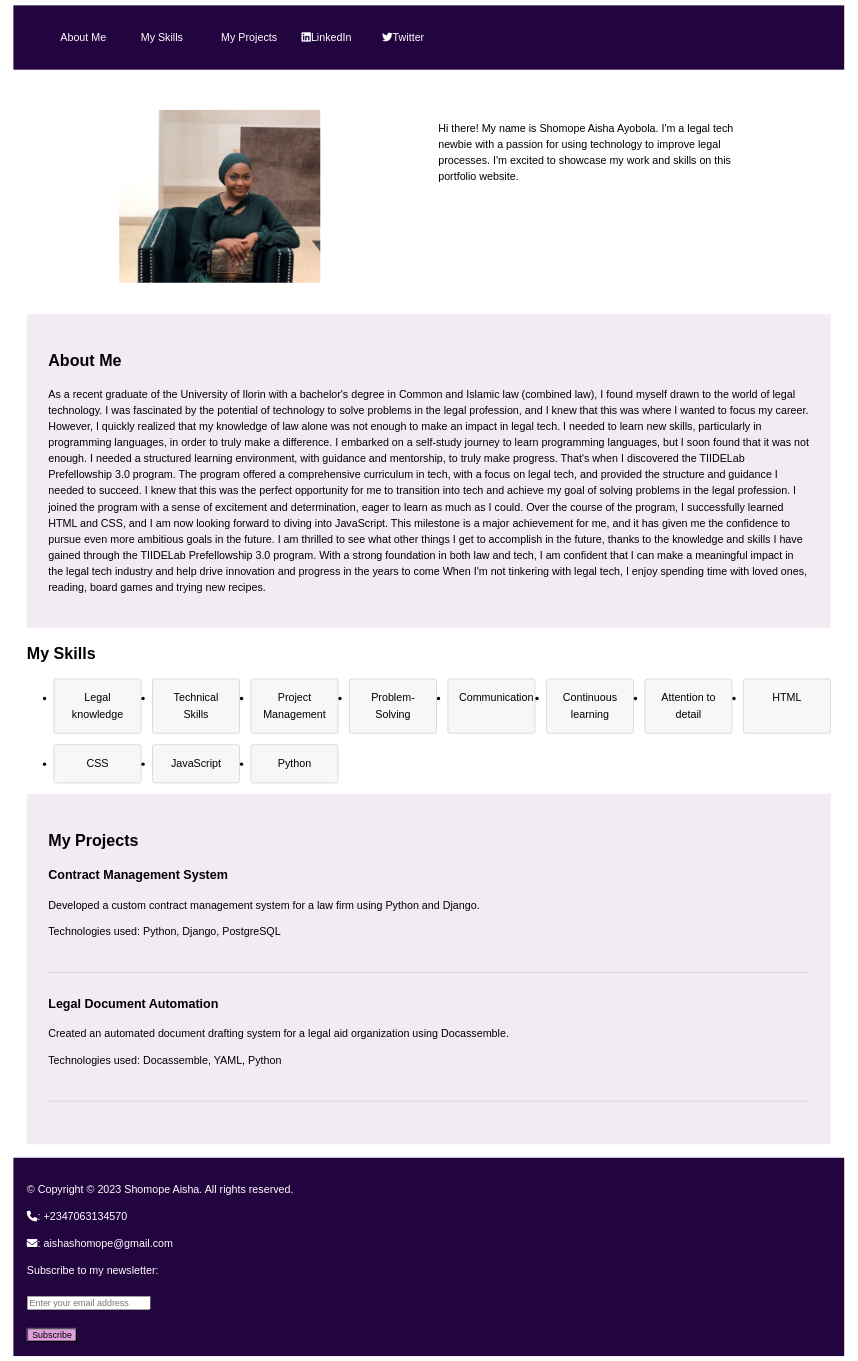
Repository: Iyewande/AishasPortfolio
Page: Index.html
These files come from the project's save history. The page is drawn as it stood at one moment and after the next save; the edit follows.
The browser window is 1280 px wide. The pictures show the whole page, at 67% of full size.
Some web libraries are served in a nearby version.

Above is the page before, as saved 2023-05-04 21:32:17.

### Index.html
<!DOCTYPE html>
<html lang="en">
    <head>
        <meta charset="UTF-8">
        <meta http-equiv="X-UA-Compatible" content="IE=edge">
        <meta name="viewport" content="width=device-width, initial-scale=1.0">
        <title>My Legal Tech Portfolio</title>
        <link rel="stylesheet" href="Style.css">
        <script src="https://kit.fontawesome.com/dcc74d8766.js" crossorigin="anonymous"></script>
    </head>
    <body>
        <div class="main-container">
        <!-- This HTML code creates a simple portfolio website with three main sections: About Me, My Projects, and My Skills.
            The navigation menu allows visitors to easily navigate between the sections of the website. The CSS styling for
            this website is located in a separate style.css file. -->
        <header id="header">
            <div>

            </div>
            <nav>
                <ul>
                    <li><a href="#about">About Me</a></li>
                    <li><a href="#skills">My Skills</a></li>
                    <li><a href="#projects">My Projects</a></li>
                    <li><a href="https://www.linkedin.com/in/shomope-aisha-ayobola/"><i class="fa-brands fa-linkedin"></i>LinkedIn</a></li>
                    <li><a href="https://twitter.com/ShomopeAisha"><i class="fa-brands fa-twitter"></i>Twitter</a></li>
                  </ul>
            </nav>
        </header>
        <main>
            <section id="landingPage">
                <div id="image">
                    <img id="img" src="E17CF07F-F5B1-4C94-9C3E-8D25C5FEC29B.jpg" alt="A picture of me">
                </div>
                <div id="heading">
                    <p>Hi there! My name is Shomope Aisha Ayobola.  I'm a legal tech newbie with a passion for using technology to improve legal processes. I'm excited to
                        showcase my work and skills on this portfolio website.
                    </p>
                </div>

            </section>
            <section  id="about">
                <h2>About Me</h2>
                    <p>
                        As a recent graduate of the University of Ilorin with a bachelor's degree in Common and Islamic law (combined law), I found myself drawn to the world of legal technology. I was fascinated by the potential of technology to solve problems in the legal profession, and I knew that this was where I wanted to focus my career.
                        However, I quickly realized that my knowledge of law alone was not enough to make an impact in legal tech. I needed to learn new skills, particularly in programming languages, in order to truly make a difference. I embarked on a self-study journey to learn programming languages, but I soon found that it was not enough. I needed a structured learning environment, with guidance and mentorship, to truly make progress.
                        That's when I discovered the TIIDELab Prefellowship 3.0 program. The program offered a comprehensive curriculum in tech, with a focus on legal tech, and provided the structure and guidance I needed to succeed. I knew that this was the perfect opportunity for me to transition into tech and achieve my goal of solving problems in the legal profession.
                        I joined the program with a sense of excitement and determination, eager to learn as much as I could. Over the course of the program, I successfully learned HTML and CSS, and I am now looking forward to diving into JavaScript. This milestone is a major achievement for me, and it has given me the confidence to pursue even more ambitious goals in the future.
                        I am thrilled to see what other things I get to accomplish in the future, thanks to the knowledge and skills I have gained through the TIIDELab Prefellowship 3.0 program. With a strong foundation in both law and tech, I am confident that I can make a meaningful impact in the legal tech industry and help drive innovation and progress in the years to come
                        When I'm not tinkering with legal tech, I enjoy spending time with loved ones, reading, board games and trying new recipes.
                    </p>
            </section>
              <section id="skills">
                <div class="main-container"></div>
                <h2>My Skills</h2>
                <ul>
                    <li>Legal knowledge</li>
                    <li>Technical Skills</li>
                    <li>Project Management</li>
                    <li>Problem-Solving</li>
                    <li>Communication</li>
                    <li>Continuous learning</li>
                    <li>Attention to detail</li>
                    <li>HTML</li>
                    <li>CSS</li>
                    <li>JavaScript</li>
                    <li>Python</li>
                </ul>
              </section>
              <section id="projects">
                <div class="main-container"></div>
                <h2>My Projects</h2>
                <ul>
                  <li>
                    <h3>Contract Management System</h3>
                    <p>Developed a custom contract management system for a law firm using Python and Django.</p>
                    <p>Technologies used: Python, Django, PostgreSQL</p>
                  </li>
                  <li>
                    <h3>Legal Document Automation</h3>
                    <p>Created an automated document drafting system for a legal aid organization using Docassemble.</p>
                    <p>Technologies used: Docassemble, YAML, Python</p>
                  </li>
                </ul>
              </section>
              <section>
                <!-- <h3 id="futureProjects">Future projects</h3> -->
                <!-- As a complete legal tech newbie with only legal knowledge, HTML, and CSS skills, you can still build a portfolio
                       that showcases your abilities and potential. Here are some project ideas: -->

                <!-- <ul>
                    <li>
                        <h3>Legal blog or website</h3>
                        <p>Create a blog or website that discusses legal topics, provides legal advice, or offers legal services.</p>
                        <p>Tools:My HTML and CSS skills to design and build the website, and my legal knowledge to create
                            engaging and informative content.</p>
                    </li>
                    <li>
                        <h3>Legal case study</h3>
                        <p> Analyze a legal case and create a detailed report that summarizes the facts, legal issues, and outcomes.</p>
                    </li>
                    <li>
                        <h3>Legal newsletter</h3>
                        <p>Develop a newsletter that provides updates on legal news, recent court decisions, or changes in legislation.</p>
                    </li>
                    <li>
                        <h3>Legal Podcast </h3>
                        <p>Create a podcast that discusses legal topics or features interviews with legal professionals.</p>
                    </li>
                    <li>
                        <h3>Legal infographic</h3>
                        <p>Create an infographic that explains a legal concept or process in a visually engaging way.</p>
                    </li>
                    <h3>Legal research database</h3>
                    <p>Build a legal research database that allows users to search for legal cases or statutes using keywords, topics, and other criteria.</p>
                    </li>
                    <li>
                        <h3>Document automation</h3>
                        <p>Develop a tool that automates the creation of legal documents, such as contracts or agreements, using templates and user input.</p>
                    </li>
                    <li>
                        <h3>Contract management system</h3>
                        <p>Create a system that manages the entire contract lifecycle, from drafting to negotiation to execution and beyond.</p>
                    </li>
                    <li>
                        <h3>Compliance tracking tool</h3>
                        <p>Build a tool that helps companies track their compliance with legal regulations, such as data privacy laws or labor laws.</p>
                    </li>
                    <li>
                        <h3>Legal analytics dashboard</h3>
                        <p>Develop a dashboard that provides insights and analytics on legal data, such as case outcomes or legal spend.</p>
                    </li>
                    <li>
                        <h3>E-discovery tool</h3>
                        <p>Create a tool that helps legal teams manage electronic discovery, including searching, reviewing, and producing relevant documents for litigation.</p>
                    </li>
                    <li>
                        <h3>Virtual legal assistant</h3>
                        <p>Build a virtual assistant that can answer legal questions, provide guidance on legal processes, or assist with legal research.</p>
                    </li>
                </ul>
              </section>
              <p>These projects will help demonstrate my creativity, technical skills, and understanding of legal concepts.
                They can be used to showcase my work to potential employers, clients, or collaborators in the legal tech industry.
                As I continue to learn and develop your skills, I can incorporate more advanced technical components into my
                portfolio projects.</p> -->

        </main>
        <!-- footer: contains content that appears at the bottom of the page, such as copyright information. -->
        <footer>
            <div class="footer-container">
                <p>&copy; Copyright © 2023 Shomope Aisha. All rights reserved.</p>
                <div class="contact">
                    <p><i class="fa-sharp fa-solid fa-phone"></i>: +2347063134570</p>
                    <p><i class="fa-solid fa-envelope"></i>: aishashomope@gmail.com</p>
                </div>
                <form action="#" method="post">
                    <label for="subscribe">Subscribe to my newsletter:</label>
                    <br><br>
                    <input type="email" id="subscribe" name="subscribe" placeholder="Enter your email address">
                    <br><br>
                    <button class=btn type="submit">Subscribe</button>
                </form>
            </div>
        </footer>
    </div>
    </body>
</html>

### Style.css
/* Specific styles */

#landingPage {
  display: flex;
  margin: 20px;
  padding: 20px;
  justify-content: space-around;
}

#image{
  width: 25%;
}
#img{
  width: 300px;
}

#heading{
  width: 40%;
}

  #about {
    background-color: rgb(243, 235, 243);
    padding: 2em;
  }

  #about p {
    margin-bottom: 1em;
  }

  #projects ul {
    list-style: none;
    margin: 0;
    padding: 0;
  }

  #projects li {
    border-bottom: 1px solid #ccc;
    margin-bottom: 2em;
    padding-bottom: 2em;
  }

  #projects h3 {
    margin-top: 0;
  }

  #projects p {
    margin-bottom: 1em;
  }

  #projects {
    background-color: rgb(243, 235, 243);
    padding: 2em;
  }

  #futureProjects li {
    background-color: rgb(243, 235, 243);
    padding: 2em;
  }


  #skills ul {
    display: grid;
    grid-template-columns: repeat(auto-fit, minmax(120px, 1fr));
    grid-gap: 1em;
  }

  #skills li {
    background-color: #f7f7f7;
    border: 1px solid #ccc;
    border-radius: 4px;
    padding: 1em;
    text-align: center;
  }
   */
  /* Global Styles */
* {
    box-sizing: border-box;
    margin: 0;
    padding: 0;
}

body {
    font-family: Arial, sans-serif;
    font-size: 16px;
    line-height: 1.5;
}

header, main, footer {
    max-width: 1200px;
    margin: 0 auto;
    padding: 20px;
}

/* Header Styles */
#header {
    background-color: rgb(34, 4, 63);
    color: #fff;
    display: flex;
}

.header-container {
    display: flex;
    justify-content: space-between;
    align-items: center;
}

nav ul {
    display: flex;
    list-style: none;
}

nav ul li {
    margin: 0 10px;
    display: inline-block;
    width: 100px;
}

nav ul li a {
    color: #fff;
    text-decoration: none;
}

/* Footer styles */
footer{
    background-color: rgb(34, 4, 63);
    color: #fff;
}
/* Hover Style */
nav ul li a:hover {
    text-decoration: underline;
}

.btn {
    background-color:plum;
}
.btn:hover {
    background-color:purple;
    color: white;
}


/* Focus Style */
input:focus {
    background-color: plum;
  }

/* Pseudo style */
h3{
    font-weight: bold;
}

After the next save:
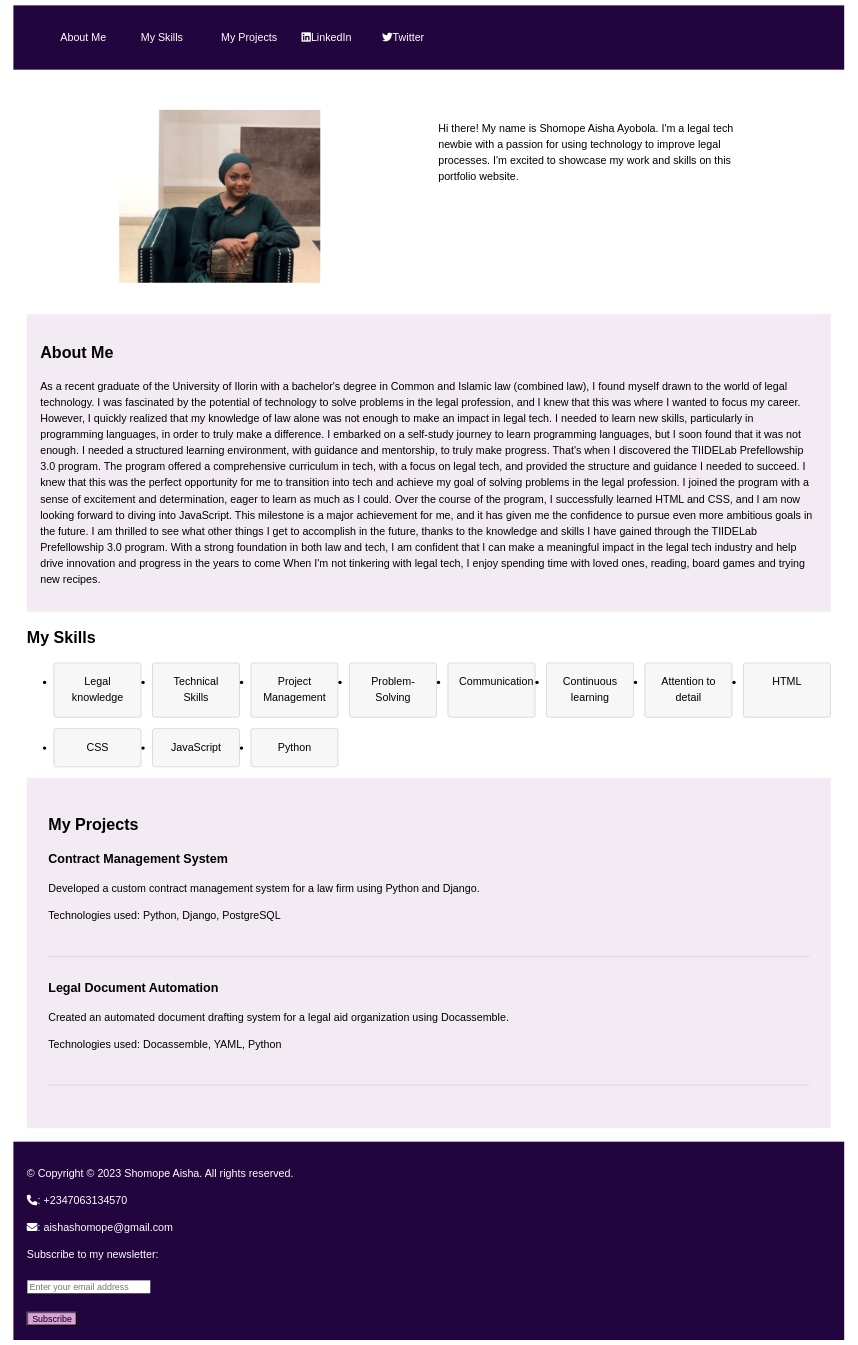
Saved 9 min 6 s later.
--- a/Style.css
+++ b/Style.css
@@ -20,11 +20,14 @@
 
   #about {
     background-color: rgb(243, 235, 243);
-    padding: 2em;
+    padding: 20px;
   }
 
   #about p {
     margin-bottom: 1em;
+  }
+  #aboutMe h2{
+    font-size: 24px;
   }
 
   #projects ul {
